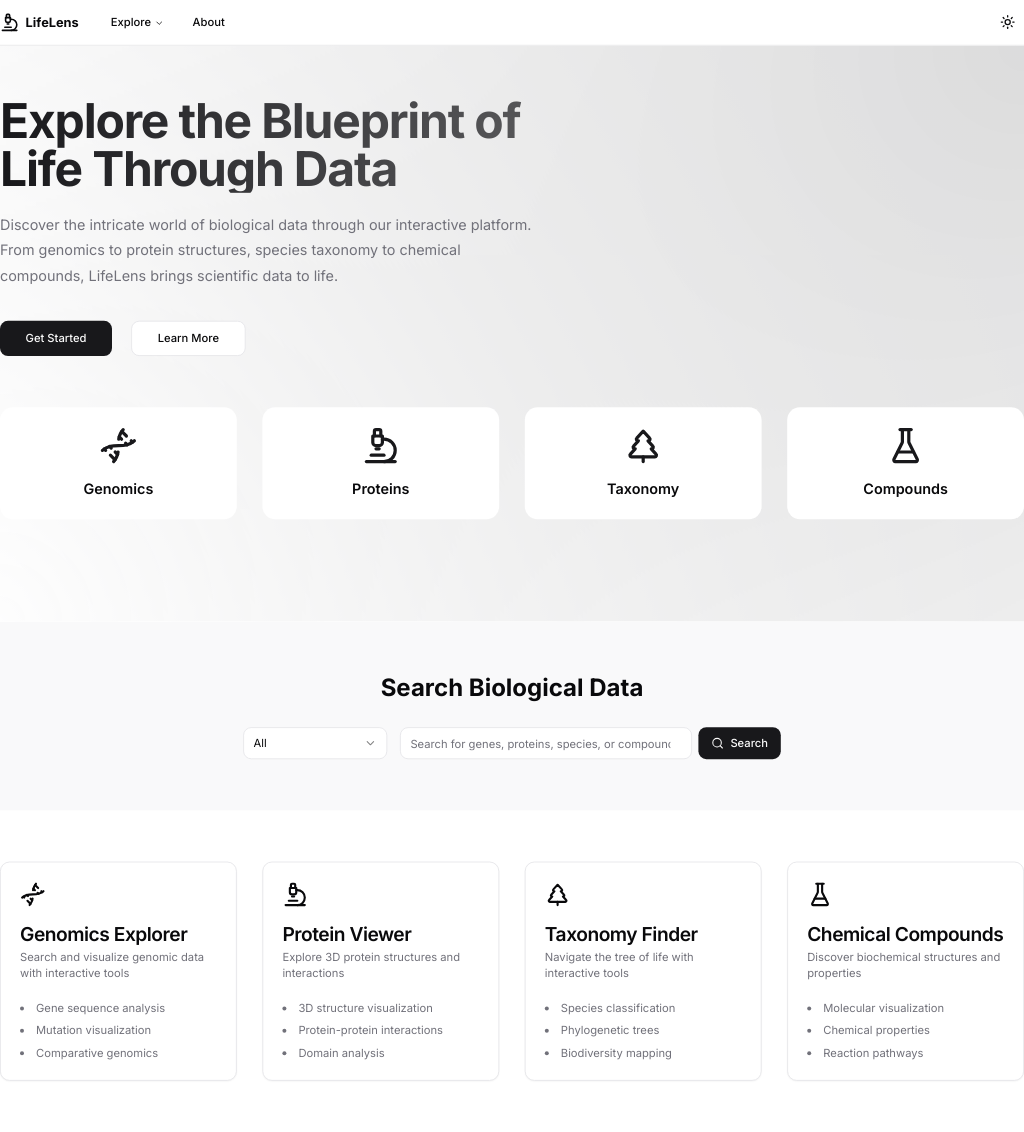
Repository: AlexMercer00/LifeLens
Page: /
The author's editor kept a copy of each file at every save. The page is drawn from the files as they stood at one save, then again after a run of saves.
The browser window is 1280 px wide. The pictures show the whole page, at 80% of full size.
The project was rebuilt for these pictures with package versions that can differ from the ones it lists, and the page was loaded fresh each time. The framework's server and built-in components were replaced by stand-ins that run in the browser. Also part of the build but not shown: next.config.js, components/ui/tabs.tsx, components/ui/badge.tsx, components/search-results.tsx.

Above is the page before, as saved 2024-11-17 14:00:18.

After the next 2 saves:
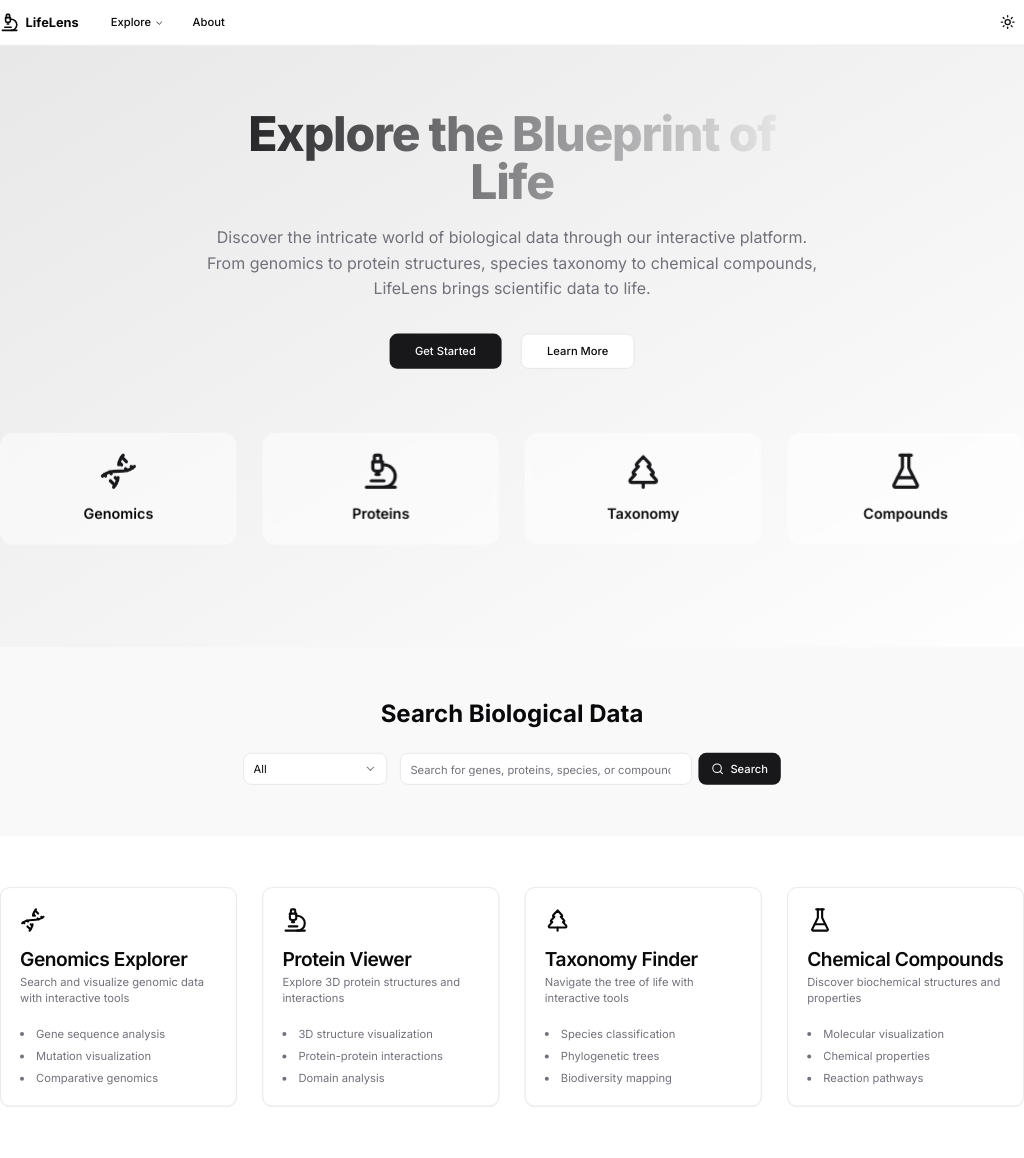
The 2 saves are shown as one change because they came seconds apart.
The last was saved 34 min 59 s later.
--- a/components/hero.tsx
+++ b/components/hero.tsx
@@ -1,9 +1,11 @@
+
 "use client"
 
 import { useState, useEffect } from "react"
 import { Button } from "@/components/ui/button"
 import { Dna, Microscope, FlaskConical, TreePine } from 'lucide-react'
 import { motion } from "framer-motion"
+import Link from "next/link"
 
 export function Hero() {
   const [isMounted, setIsMounted] = useState(false)
@@ -13,65 +15,63 @@ export function Hero() {
   }, [])
 
   const features = [
-    { icon: Dna, title: "Genomics" },
-    { icon: Microscope, title: "Proteins" },
-    { icon: TreePine, title: "Taxonomy" },
-    { icon: FlaskConical, title: "Compounds" }
+    { icon: Dna, title: "Genomics", href: "/genomics" },
+    { icon: Microscope, title: "Proteins", href: "/proteins" },
+    { icon: TreePine, title: "Taxonomy", href: "/taxonomy" },
+    { icon: FlaskConical, title: "Compounds", href: "/compounds" }
   ]
 
   return (
-    <div className="relative overflow-hidden bg-background pt-16 pb-32">
-      <div className="absolute inset-0 gradient-bg" />
-      <div className="container relative">
+    <div className="relative overflow-hidden bg-gradient-to-br from-primary/10 to-secondary/10 pt-20 pb-32">
+      <div className="container relative z-10">
         {isMounted ? (
           <motion.div
-            className="mx-auto max-w-2xl lg:mx-0"
+            className="mx-auto max-w-3xl text-center"
             initial={{ opacity: 0, y: 20 }}
             animate={{ opacity: 1, y: 0 }}
             transition={{ duration: 0.5 }}
           >
-            <h1 className="text-4xl font-bold tracking-tight sm:text-6xl bg-clip-text text-transparent bg-gradient-to-r from-primary to-primary/70">
-              Explore the Blueprint of Life Through Data
+            <h1 className="text-5xl font-extrabold tracking-tight sm:text-6xl bg-clip-text text-transparent bg-gradient-to-r from-primary to-secondary">
+              Explore the Blueprint of Life
             </h1>
-            <p className="mt-6 text-lg leading-8 text-muted-foreground">
+            <p className="mt-6 text-xl leading-8 text-muted-foreground">
               Discover the intricate world of biological data through our interactive platform.
               From genomics to protein structures, species taxonomy to chemical compounds,
               LifeLens brings scientific data to life.
             </p>
-            <div className="mt-10 flex items-center gap-x-6">
-              <Button size="lg" className="bg-primary hover:bg-primary/90">
-                Get Started
+            <div className="mt-10 flex items-center justify-center gap-x-6">
+              <Button asChild size="lg" className="bg-primary hover:bg-primary/90">
+                <Link href="/search">Get Started</Link>
               </Button>
-              <Button variant="outline" size="lg">
-                Learn More
+              <Button asChild variant="outline" size="lg">
+                <Link href="/about">Learn More</Link>
               </Button>
             </div>
           </motion.div>
         ) : (
-          <div className="mx-auto max-w-2xl lg:mx-0">
-            {/* Static content for server-side rendering */}
-            <h1 className="text-4xl font-bold tracking-tight sm:text-6xl bg-clip-text text-transparent bg-gradient-to-r from-primary to-primary/70">
-              Explore the Blueprint of Life Through Data
+          <div className="mx-auto max-w-3xl text-center">
+            <h1 className="text-5xl font-extrabold tracking-tight sm:text-6xl bg-clip-text text-transparent bg-gradient-to-r from-primary to-secondary">
+              Explore the Blueprint of Life
             </h1>
-            <p className="mt-6 text-lg leading-8 text-muted-foreground">
+            <p className="mt-6 text-xl leading-8 text-muted-foreground">
               Discover the intricate world of biological data through our interactive platform.
               From genomics to protein structures, species taxonomy to chemical compounds,
               LifeLens brings scientific data to life.
             </p>
-            <div className="mt-10 flex items-center gap-x-6">
-              <Button size="lg" className="bg-primary hover:bg-primary/90">
-                Get Started
+            <div className="mt-10 flex items-center justify-center gap-x-6">
+              <Button asChild size="lg" className="bg-primary hover:bg-primary/90">
+                <Link href="/search">Get Started</Link>
               </Button>
-              <Button variant="outline" size="lg">
-                Learn More
+              <Button asChild variant="outline" size="lg">
+                <Link href="/about">Learn More</Link>
               </Button>
             </div>
           </div>
         )}
 
-        {isMounted ? (
+        {isMounted && (
           <motion.div
-            className="mt-16 grid grid-cols-2 gap-8 md:grid-cols-4"
+            className="mt-20 grid grid-cols-2 gap-8 md:grid-cols-4"
             initial={{ opacity: 0, y: 40 }}
             animate={{ opacity: 1, y: 0 }}
             transition={{ duration: 0.5, delay: 0.2 }}
@@ -79,29 +79,20 @@ export function Hero() {
             {features.map((item, index) => (
               <motion.div
                 key={item.title}
-                className="flex flex-col items-center p-6 rounded-2xl bg-card hover:bg-accent/50 transition-colors"
+                className="flex flex-col items-center p-6 rounded-2xl bg-card/50 backdrop-blur-sm hover:bg-accent/50 transition-colors"
                 whileHover={{ scale: 1.05 }}
                 transition={{ type: "spring", stiffness: 300 }}
               >
-                <item.icon className="h-12 w-12 text-primary" />
-                <h3 className="mt-4 text-lg font-semibold">{item.title}</h3>
+                <Link href={item.href} className="flex flex-col items-center">
+                  <item.icon className="h-12 w-12 text-primary" />
+                  <h3 className="mt-4 text-lg font-semibold">{item.title}</h3>
+                </Link>
               </motion.div>
             ))}
           </motion.div>
-        ) : (
-          <div className="mt-16 grid grid-cols-2 gap-8 md:grid-cols-4">
-            {features.map((item, index) => (
-              <div
-                key={item.title}
-                className="flex flex-col items-center p-6 rounded-2xl bg-card hover:bg-accent/50 transition-colors"
-              >
-                <item.icon className="h-12 w-12 text-primary" />
-                <h3 className="mt-4 text-lg font-semibold">{item.title}</h3>
-              </div>
-            ))}
-          </div>
         )}
       </div>
+      <div className="absolute inset-0 bg-grid-white/10 bg-[size:20px_20px] [mask-image:radial-gradient(white,transparent_70%)]" />
     </div>
   )
 }
